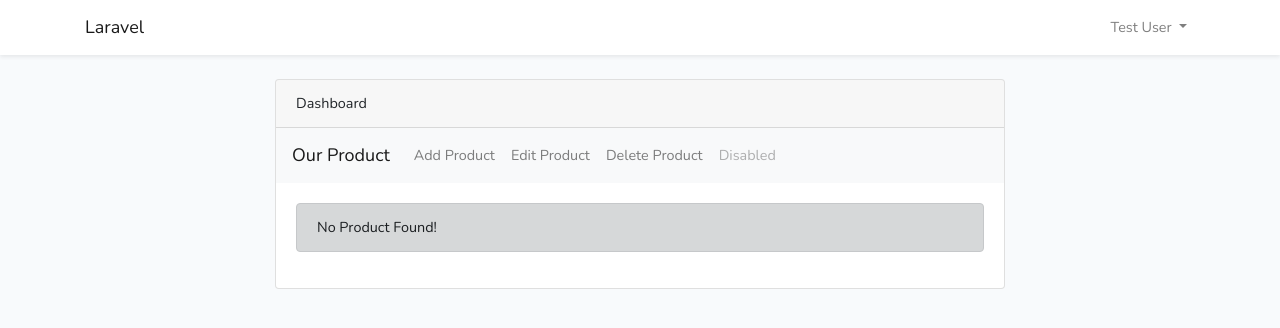
Repository: Fateen980/Tawfiq
Page: http://localhost/home
The author's editor kept a copy of each file at every save. The page is drawn from the files as they stood at one save, then again after the next save.
The browser window is 1280 px wide. The pictures show the whole page.
The page is served by the project's Laravel application, run on PHP 8.4 with Laravel 8. A made-up administrator, Test User (test@example.com), is signed in. Other server files are loaded and not shown. Queries for data that is not in the repository find no rows.

Above is the page before, as saved 2020-09-17 10:10:51.

### routes/web.php
<?php

use Illuminate\Support\Facades\Route;

/*
|--------------------------------------------------------------------------
| Web Routes
|--------------------------------------------------------------------------
|
| Here is where you can register web routes for your application. These
| routes are loaded by the RouteServiceProvider within a group which
| contains the "web" middleware group. Now create something great!
|
*/

Route::get('/', function () {
    return view('welcome');
});




Auth::routes();

Route::get('/home', 'HomeController@index')->name('home');

Auth::routes();

Route::get('/addProduct', 'HomeController@create')->name('addProduct');

Auth::routes();
Route::post('/addProduct', 'HomeController@store')->name('addProduct');

Auth::routes();

Route::get('/editProduct', 'HomeController@editProduct')->name('editProduct');

Auth::routes();

Route::get('/deleteProduct', 'HomeController@deleteProduct')->name('deleteProduct');

### app/Http/Controllers/HomeController.php
<?php

namespace App\Http\Controllers;

use Illuminate\Http\Request;

use App\Product;

class HomeController extends Controller
{
    /**
     * Create a new controller instance.
     *
     * @return void
     */
    public function __construct()
    {
        $this->middleware('auth');
    }

    /**
     * Show the application dashboard.
     *
     * @return \Illuminate\Contracts\Support\Renderable
     */


    public function index(){

        $Products = Product::all();
        return view('home', ['Products' => $Products]);
    }

    public function show()
    {
        $Products = Product::all();
        return view('home', ['Products' => $Products]);
    }

    public function create(){

        return view('addProduct');

    }



    public function store()
    {

        $product = new Product;

        $product->name        = request('productName');
        $product->desc        = request('productDesc');
        $product->path        = request()->file('image')->store('toPath', ['disk' => 'public']);

        $product->save();

        $Products = Product::all();
        return view('home', ['Products' => $Products]);

    }


    public function editProduct(){

        return view('editProduct');

    }

    public function deleteProduct(){

        return view('deleteProduct');

    }


}

### resources/views/home.blade.php
@extends('layouts.app')

@section('content')
<div class="container">
    <div class="row justify-content-center">
        <div class="col-md-8">
            <div class="card">
                <div class="card-header">{{ __('Dashboard') }}</div>


<nav class="navbar navbar-expand-lg navbar-light bg-light">
  <a class="navbar-brand" href="{{ url('/home') }}">Our Product</a>
  <button class="navbar-toggler" type="button" data-toggle="collapse" data-target="#navbarNav" aria-controls="navbarNav" aria-expanded="false" aria-label="Toggle navigation">
    <span class="navbar-toggler-icon"></span>
  </button>
  <div class="collapse navbar-collapse" id="navbarNav">
    <ul class="navbar-nav">
      <li class="nav-item">
        <a class="nav-link" href="{{ url('/addProduct') }}">Add Product <span class="sr-only">(current)</span></a>
      </li>
      <li class="nav-item">
        <a class="nav-link" href="{{ url('/editProduct') }}">Edit Product</a>
      </li>
      <li class="nav-item">
        <a class="nav-link" href="{{ url('/deleteProduct') }}">Delete Product</a>
      </li>
      <li class="nav-item">
        <a class="nav-link disabled" href="#">Disabled</a>
      </li>
    </ul>
  </div>
</nav>








                <div class="card-body">


                        @if (count($Products) === 0)

                        <div class="alert alert-dark" role="alert">
                        No Product Found!
                        </div>

                        @endif



                          @foreach ($Products as $product)
                          <div class="row">
                          <div class="col-sm">
                          <div class="card" style="width: 270px;margin: 5px">
                          <img class="card-img-top" src="{{ URL::to('/').'/images/'.$product->path }}" alt="Card image cap">
                          <div class="card-block">
                          <h3 class="card-title">{{ $product->name }}</h3>
                          <p class="card-text">  {{ $product->desc }} </p>

                          </div>
                          </div>
                          </div>
                          </div>
                          @endforeach




                    @if (session('status'))
                        <div class="alert alert-success" role="alert">
                            {{ session('status') }}
                        </div>
                    @endif


                </div>
            </div>
        </div>
    </div>
</div>
@endsection

### resources/views/layouts/app.blade.php
<!doctype html>
<html lang="{{ str_replace('_', '-', app()->getLocale()) }}">
<head>
    <meta charset="utf-8">
    <meta name="viewport" content="width=device-width, initial-scale=1">

    <!-- CSRF Token -->
    <meta name="csrf-token" content="{{ csrf_token() }}">

    <title>{{ config('app.name', 'Product') }}</title>

    <!-- Scripts -->
    <script src="{{ asset('js/app.js') }}" defer></script>

    <!-- Fonts -->
    <link rel="dns-prefetch" href="//fonts.gstatic.com">
    <link href="https://fonts.googleapis.com/css?family=Nunito" rel="stylesheet">

    <!-- Styles -->
    <link href="{{ asset('css/app.css') }}" rel="stylesheet">
</head>
<body>
    <div id="app">
        <nav class="navbar navbar-expand-md navbar-light bg-white shadow-sm">
            <div class="container">
                <a class="navbar-brand" href="{{ url('/') }}">
                    {{ config('app.name', 'Product') }}
                </a>
                <button class="navbar-toggler" type="button" data-toggle="collapse" data-target="#navbarSupportedContent" aria-controls="navbarSupportedContent" aria-expanded="false" aria-label="{{ __('Toggle navigation') }}">
                    <span class="navbar-toggler-icon"></span>
                </button>

                <div class="collapse navbar-collapse" id="navbarSupportedContent">
                    <!-- Left Side Of Navbar -->
                    <ul class="navbar-nav mr-auto">

                    </ul>

                    <!-- Right Side Of Navbar -->
                    <ul class="navbar-nav ml-auto">
                        <!-- Authentication Links -->
                        @guest
                            <li class="nav-item">
                                <a class="nav-link" href="{{ route('login') }}">{{ __('Login') }}</a>
                            </li>
                            @if (Route::has('register'))
                                <li class="nav-item">
                                    <a class="nav-link" href="{{ route('register') }}">{{ __('Register') }}</a>
                                </li>
                            @endif
                        @else
                            <li class="nav-item dropdown">
                                <a id="navbarDropdown" class="nav-link dropdown-toggle" href="#" role="button" data-toggle="dropdown" aria-haspopup="true" aria-expanded="false" v-pre>
                                    {{ Auth::user()->name }}
                                </a>

                                <div class="dropdown-menu dropdown-menu-right" aria-labelledby="navbarDropdown">
                                    <a class="dropdown-item" href="{{ route('logout') }}"
                                       onclick="event.preventDefault();
                                                     document.getElementById('logout-form').submit();">
                                        {{ __('Logout') }}
                                    </a>

                                    <form id="logout-form" action="{{ route('logout') }}" method="POST" class="d-none">
                                        @csrf
                                    </form>
                                </div>
                            </li>
                        @endguest
                    </ul>
                </div>
            </div>
        </nav>

        <main class="py-4">
            @yield('content')
        </main>
    </div>
</body>
</html>

Loaded but not shown: app/Http/Controllers/Auth/LoginController.php (common file); app/Http/Controllers/Controller.php (common file); app/Http/Controllers/Auth/ConfirmPasswordController.php (common file); app/User.php (common file); app/Product.php (common file); public/css/app.css (library)

After the next save:
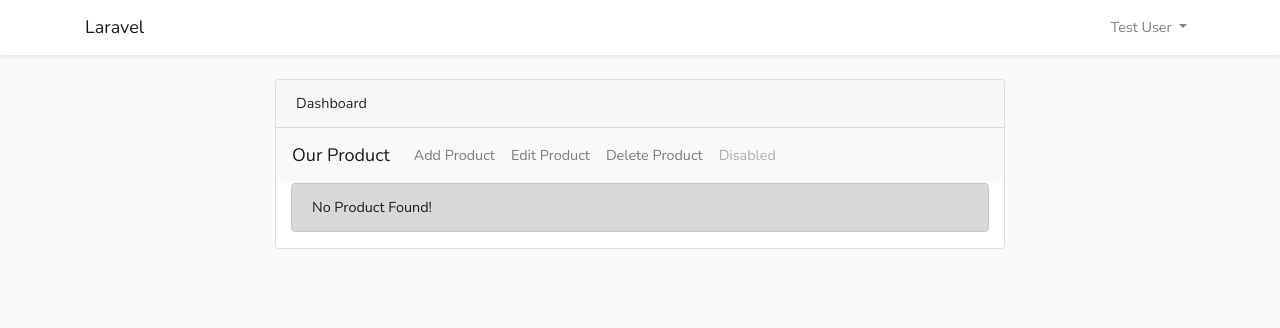
Saved 33 s later.
--- a/resources/views/home.blade.php
+++ b/resources/views/home.blade.php
@@ -38,7 +38,7 @@
 
 
 
-                <div class="card-body">
+<div class="container">
 
 
                         @if (count($Products) === 0)
